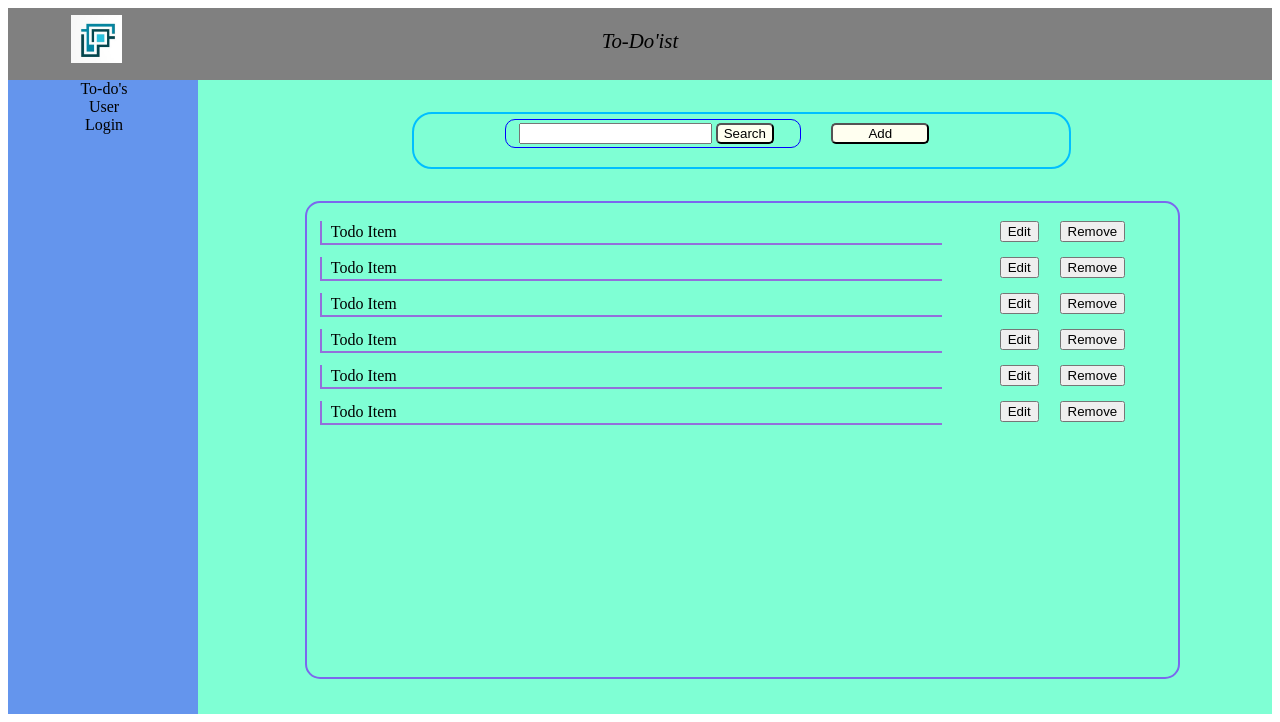
Repository: tavisca-pkadam/Todo-Website
Page: home.html
An editor plug-in stored every save of this project. The page is shown before and after the next save, followed by the edit.
The browser window is 1280 px wide. The pictures show the whole page.

Above is the page before, as saved 2019-08-20 08:39:12.

### home.html
<!DOCTYPE html>
<html>
  <head>
    <meta charset="utf-8" />
    <meta http-equiv="X-UA-Compatible" content="IE=edge" />
    <title>Page Title</title>
    <meta name="viewport" content="width=device-width, initial-scale=1" />
    <link rel="stylesheet" type="text/css" media="screen" href="main.css" />

    <link rel="import" href="components/header.html" />

    <!-- <script src='main.js'></script> -->
  </head>
  <body>
    <div id="head" class="header">
      <img id="company_logo" src="src/logo.jpg" width="5%" />
      <p id="todo_header"><i>To-Do'ist</i></p>
    </div>


    <div id="side_nav">
      <div id="side_todo"  class="side_btn">
        To-do's
      </div>
      <div id="side_user" class="side_btn">
        User
      </div>
      <div id="side_login" class="side_btn">
        Login
      </div>
    </div>
    <div id="todo_content">
        <div id="todo_content_head">
            <div id="todo_content_search">
                <input type="text" style="padding-right:10px">
                <button class="search_button">Search</button>
            </div>
            <button id="todo_content_add" class="search_button">Add</button>
        </div>
        <div id="todo_list">
            <div class="todo_item">
                <div class="todo_detail">
                        Todo Item
                </div>
                <button class="todo_edit_btn">Edit</button>
                <button>Remove</button>
            </div>
            <div class="todo_item">
                <div class="todo_detail">
                        Todo Item
                </div>
                <button class="todo_edit_btn">Edit</button>
                <button>Remove</button>
            </div>
            <div class="todo_item">
                <div class="todo_detail">
                        Todo Item
                </div>
                <button class="todo_edit_btn">Edit</button>
                <button>Remove</button>
            </div>
            <div class="todo_item">
                <div class="todo_detail">
                        Todo Item
                </div>
                <button class="todo_edit_btn">Edit</button>
                <button>Remove</button>
            </div>
            <div class="todo_item">
                <div class="todo_detail">
                        Todo Item
                </div>
                <button class="todo_edit_btn">Edit</button>
                <button>Remove</button>
            </div>
            <div class="todo_item">
                <div class="todo_detail">
                        Todo Item
                </div>
                <button class="todo_edit_btn">Edit</button>
                <button>Remove</button>
            </div>
        </div>
    </div>
  </body>
</html>

### main.css
.header {
    background-color:gray;
    position: relative;
    width: 100%;
    height: 10vh;
}

#company_logo {
    position: absolute;
    left: 5%;
    width: 4%;
    margin-top: 1vh;
}

#todo_header {
    font-size: 1.3em;
    font-style: oblique;
    font-stretch: expanded;
    position: absolute;
    width: 100%;
    text-align: center;
    /* right: 45%; */
}

#side_nav {
    position: fixed;
    width: 15%;
    background-color: cornflowerblue;
    height: 88vh;
}

.side_btn {
    text-align: center;
    width: 30%
    position: relative;
}


#todo_content {
    position: relative;
    left: 15%;
    width:85%;
    background-color: aquamarine;
    height: 88vh;
}

#todo_content_head {
    border: 1px;
    position: relative;
    /* background-color: deepskyblue; */
    padding: 5px;
    width: 60%;
    height: 6vh;
    border-radius: 20px;
    left: 20%;
    top: 5%;

    border-width: 2px;
    border-style: solid;
    border-color: deepskyblue;
}

.search_button{
    text-align: center;
    background-color: ivory;
    border-radius: 5px;
}

#todo_content_search{
    position: absolute;
    /* background-color: darksalmon; */
    padding: 0.5%;
    margin-left:4%;
    padding-left: 2%;
    padding-right: 4%;
    left: 5vw;
    border-radius: 10px;
    border-width: 1px;
    border-style: solid;
    border-color: blue;

}
#todo_content_add {
    position: absolute;
    background-color: ivory;
    left: 30vw;
    /* top: 10px; */
    width: 15%;
    margin: 4px;
    margin-left: 5%;
}


#todo_list {
    /* background-color: mediumslateblue; */
    position: relative;
    width: 80%;
    left: 10%;
    top: 10%;
    height: 65vh;
    border-radius: 15px;
    padding:3px;
    padding-left: 8px;


    border-width: 2px;
    border-style: solid;
    border-color: mediumslateblue;
}

.todo_item{
    margin:5px;
    margin-top: 15px;
}

.todo_edit_btn{
    margin-left: 80%;
    margin-right: 2%;
}

.todo_detail{
    width: 70%;

    position: absolute;
    padding: 2px;
    padding-left: 1%;

    border-bottom: 6px solid;
    border-left: 6px solid;
    border-width: 2px;
    border-color: mediumpurple;
    }

After the next save:
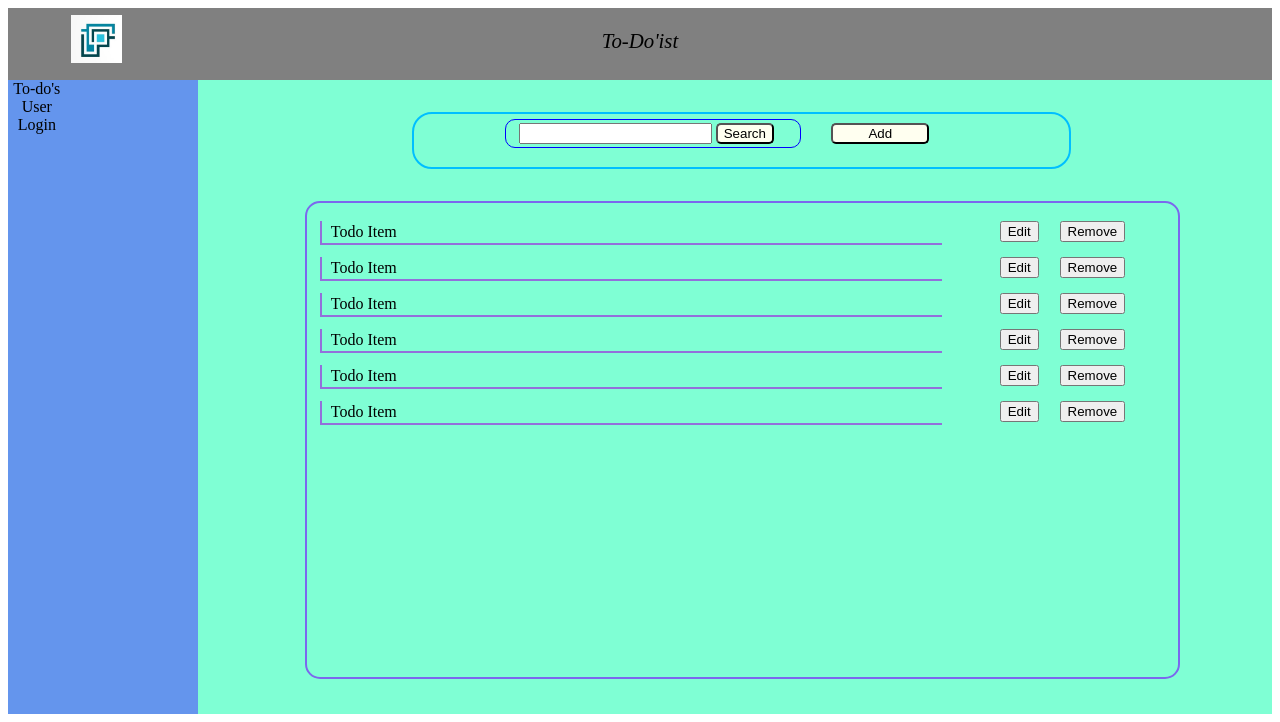
Saved 4 s later.
--- a/main.css
+++ b/main.css
@@ -31,7 +31,7 @@
 
 .side_btn {
     text-align: center;
-    width: 30%
+    width: 30%;
     position: relative;
 }
 
